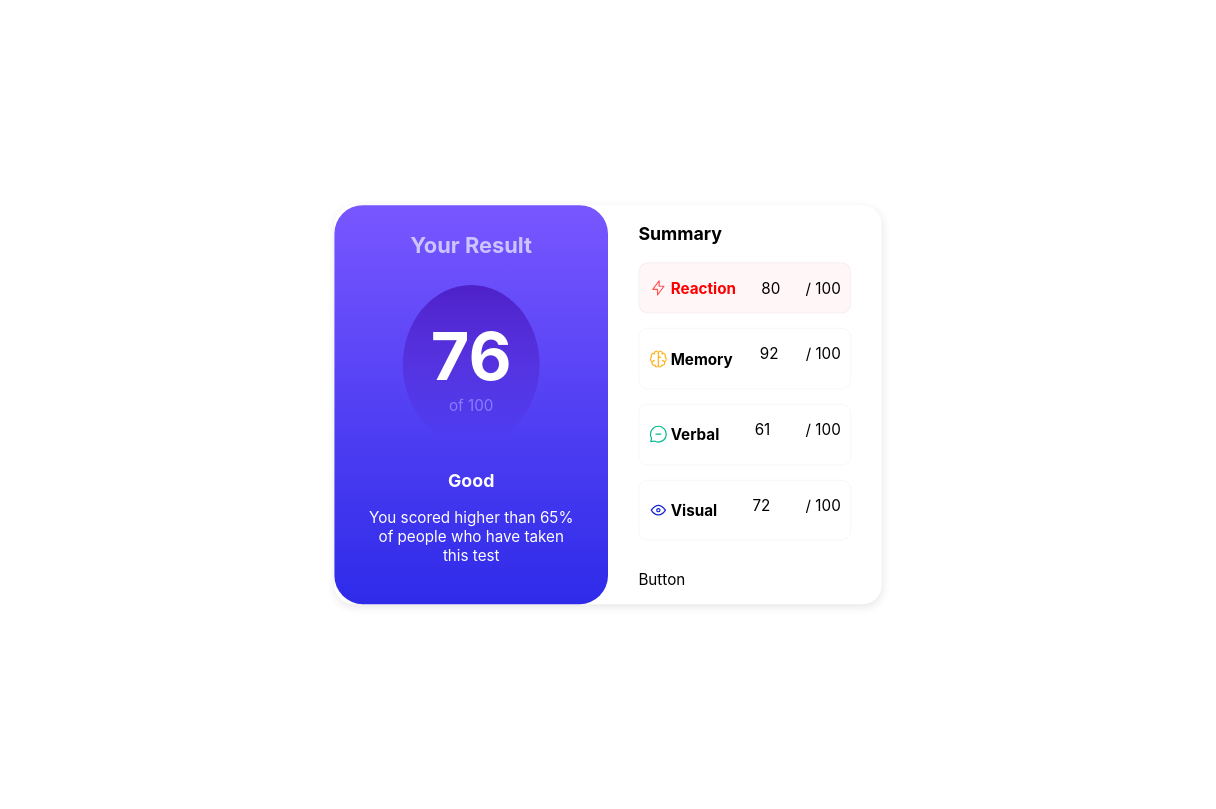
Repository: JeanPaulBassil/Result-Summary-Design
Page: /
An editor plug-in stored every save of this project. The page is shown before and after the next save, followed by the edit.
The browser window is 1280 px wide. The pictures show the whole page, at 95% of full size.
The project was rebuilt for these pictures with package versions that can differ from the ones it lists, and the page was loaded fresh each time.

Above is the page before, as saved 2023-02-24 17:50:54.

After the next save:
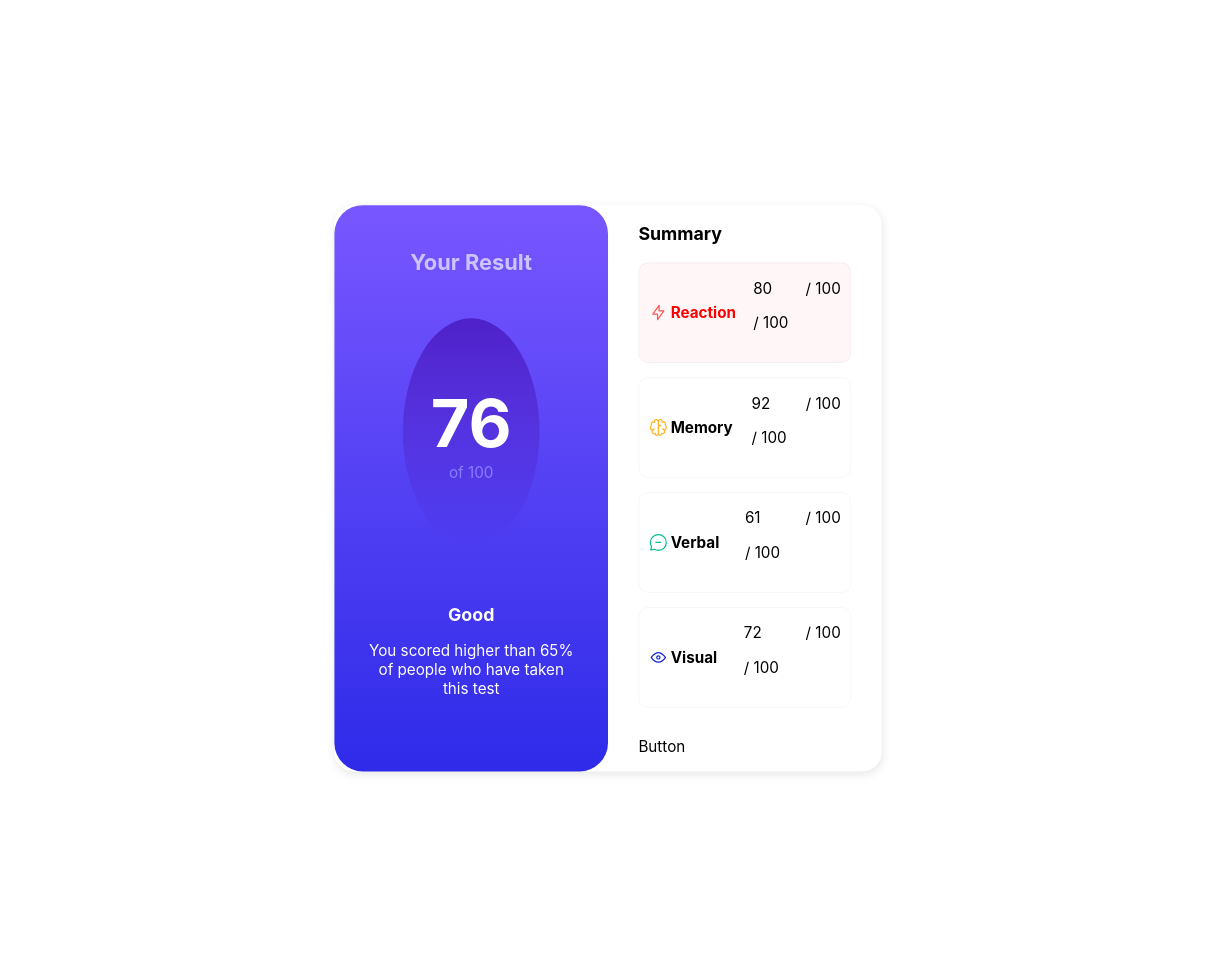
Saved 15 s later.
--- a/src/Components/Summary/Summary.js
+++ b/src/Components/Summary/Summary.js
@@ -9,7 +9,7 @@
                     <img className="icon" src={part.icon} alt={part.category}/>
                     <h4>{part.category}</h4>
                 </div>
-                <p>{part.score}</p>
+                <p>{part.score}<p>/ 100</p></p>
                 <p>/ 100</p>
             </div>
         )

After the save that followed:
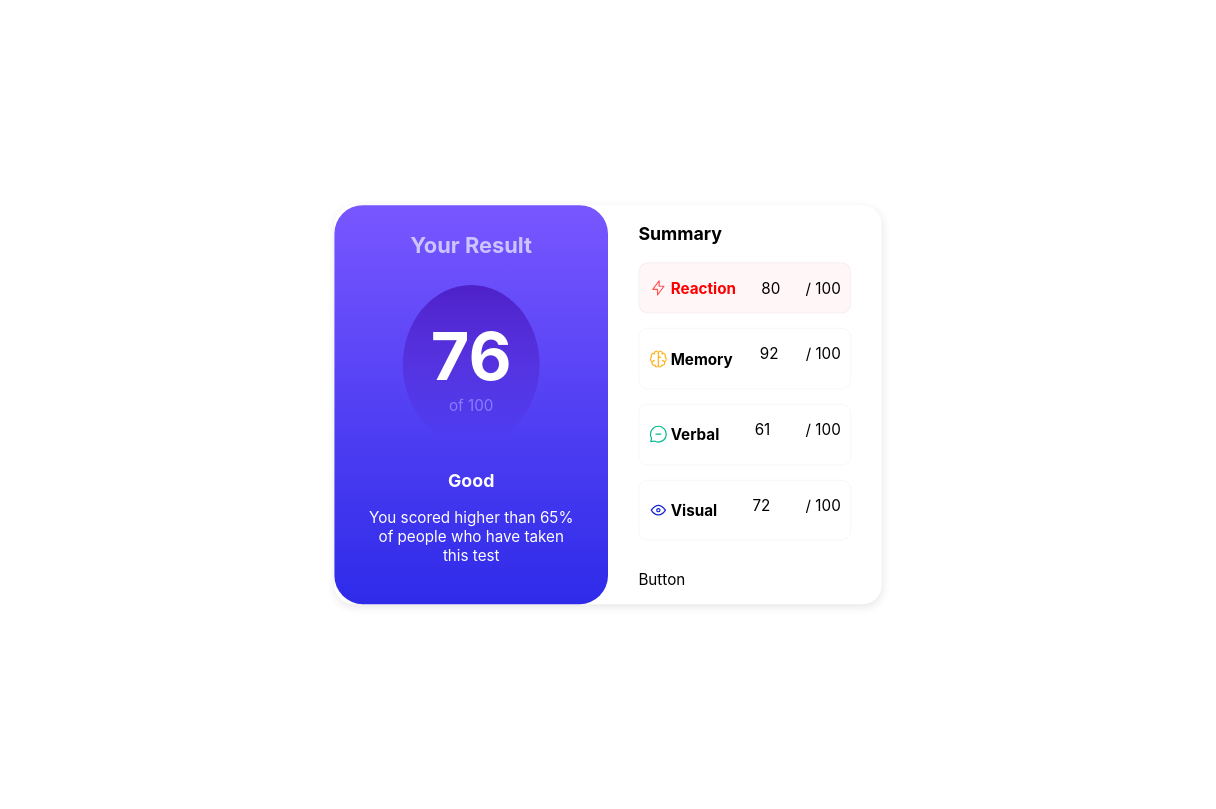
Saved 5 s later.
--- a/src/Components/Summary/Summary.js
+++ b/src/Components/Summary/Summary.js
@@ -9,7 +9,7 @@
                     <img className="icon" src={part.icon} alt={part.category}/>
                     <h4>{part.category}</h4>
                 </div>
-                <p>{part.score}<p>/ 100</p></p>
+                <p>{part.score}</p>
                 <p>/ 100</p>
             </div>
         )
